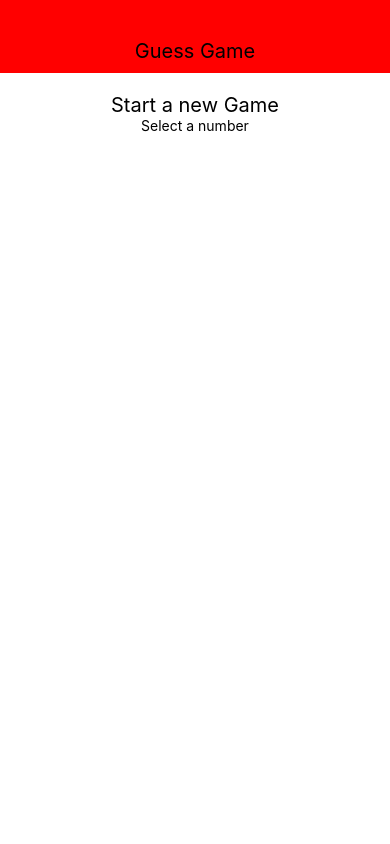
Repository: Celebration-cloud/Guess-number
Screen: /
The author's editor kept a copy of each file at every save. The screen is drawn from the files as they stood at one save, then again after the next save.
The app was drawn by React Native's web renderer in a window 390 px wide. The project was rebuilt for these pictures with package versions that can differ from the ones it lists, and the page was loaded fresh each time.

Above is the screen before, as saved 2024-06-10 12:48:19.

### App.js
import { StatusBar } from "expo-status-bar";
import { StyleSheet, Text, View } from "react-native";
import Heading from "./components/header/Heading";
import StartScreen from "./components/srceen/StartScreen";

export default function App() {
  return (
    <View style={styles.container}>
      <Heading/>
      <StartScreen/>
      <StatusBar style="auto" />
    </View>
  );
}

const styles = StyleSheet.create({
  container: {
    flex: 1,
    alignItems: "center",
    gap: 20
  },
});

### components/header/Heading.jsx
import React from "react";
import { Text, StyleSheet, View } from "react-native";

export default function Heading() {
  return (
    <View style={styles.header}>
      <Text style={styles.title}> Guess Game </Text>
    </View>
  );
}

const styles = StyleSheet.create({
    header: {
        backgroundColor: "red",
        color: "white",
        width: "100%",
        paddingTop: "10%",
        padding: 10,
        alignItems: "center",
    },
    title: {
      fontSize: 20
    }
});

### components/srceen/StartScreen.jsx
import React, { Component } from 'react'
import { Text, StyleSheet, View } from 'react-native'

export default function StartScreen() {
    return (
      <View style={styles.startScreen}>
        <Text style={styles.start}> Start a new Game </Text>
        <View>
            <Text>Select a number</Text>
        </View>
      </View>
    )
}

const styles = StyleSheet.create({
    startScreen:{
        fontSize: 20,
        alignItems: "center"

    },
    start: {
        fontSize: 20
    }
})

After the next save:
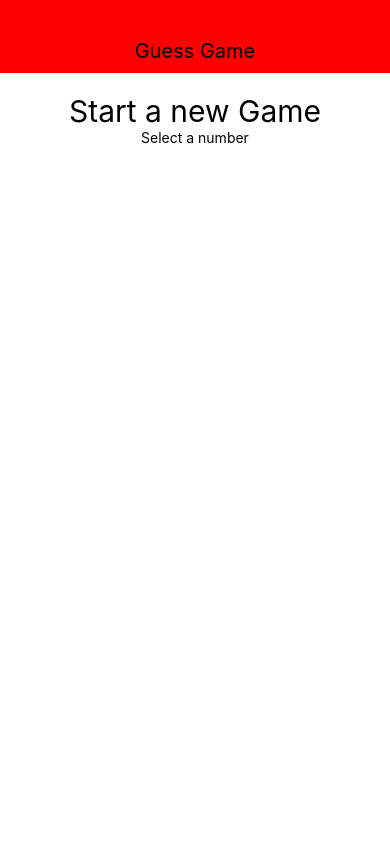
Saved 58 min 26 s later.
--- a/components/srceen/StartScreen.jsx
+++ b/components/srceen/StartScreen.jsx
@@ -19,6 +19,6 @@ const styles = StyleSheet.create({
 
     },
     start: {
-        fontSize: 20
+        fontSize: 30
     }
 })
